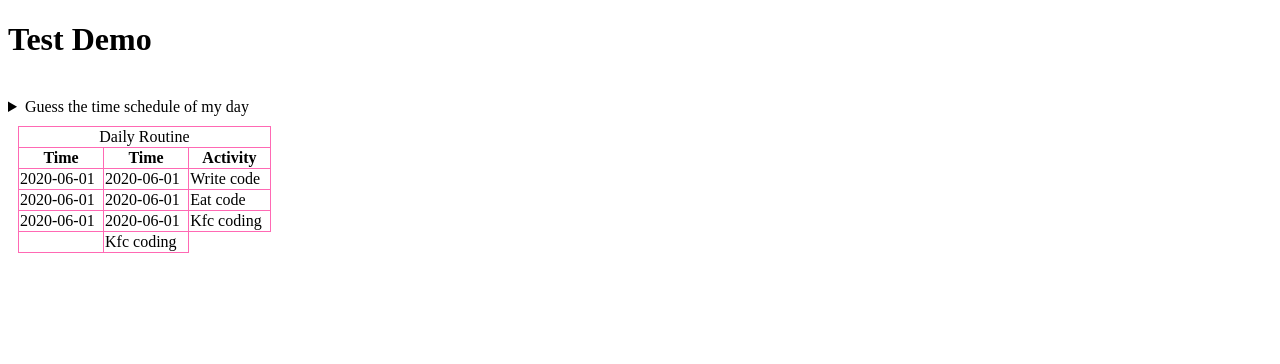
Repository: cavidk/taco_shop-web
Page: html basics/index.html
An editor plug-in stored every save of this project. The page is shown before and after the next save, followed by the edit.
The browser window is 1280 px wide. The pictures show the whole page.

Above is the page before, as saved 2024-06-07 16:39:42.

### html basics/index.html
<!DOCTYPE html>
<html lang="en">

<head>
   <meta charset="UTF-8">
   <meta name="viewport" content="width=device-width, initial-scale=1.0">
   <link rel="stylesheet" href="style.css" type="text/css">
   </link>
   <title>Document</title>
</head>

<body>
   <h1>Test Demo</h1>
   <br>
   <aside>
      <details>
         <summary>Guess the time schedule of my day</summary>
         <p>Details</p>

   </aside>


   <table border="2">

      <td id="head1" colspan="3">Daily Routine</td>
      <tr>
         <th>Time</th>
         <th>Time</th>
         <th>Activity</th>
      <tr id="border1">
         <td>
            <time datetime="2020-06-01">2020-06-01</time>
           </td>
             <td>
            <time datetime="11:00">2020-06-01</datetime>
         </td>
         <td>Write code</td>
      </tr>

      <tr>
         <td>
            <time datetime="2020-06-01">2020-06-01</time>
           </td>
           <td>
            <time datetime="11:00">2020-06-01</datetime>
           </td
         </td>
         <td>Eat code</td>
      </tr>

      <tr>
         <td>
            <time datetime="2020-06-01">2020-06-01</time>
           </td>
             <td>
            <time datetime="11:00">2020-06-01</datetime>
         </td>
         <td>Kfc coding</td>
      </tr>

      <tr>
         <td>

         </td>
         <td>Kfc coding</td>
      </tr>
   </table>

</body>

</html>

### html basics/style.css
table{
      width: 20%;
      border-collapse: collapse;
      margin: 10px;
      padding: 10px;;
      border-radius: 50px;
      border: none;
      border-color: hotpink
}

#head1{

    text-align: center;
}

After the next save:
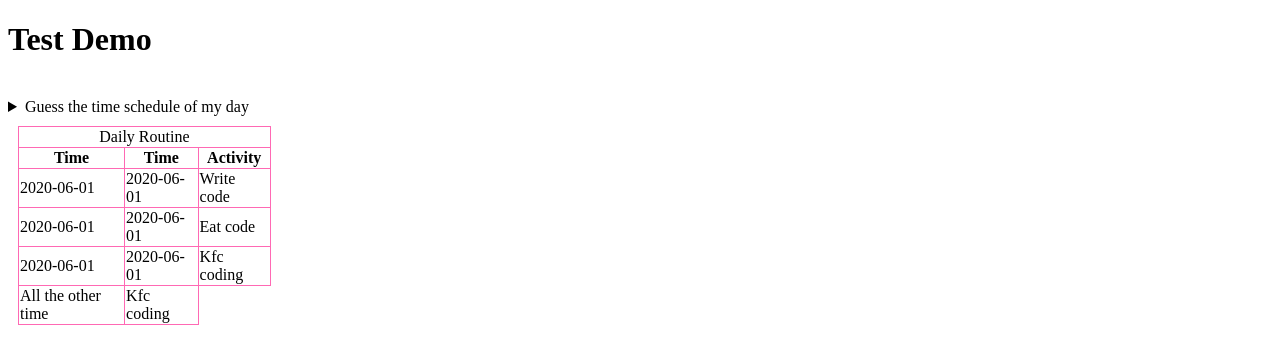
Saved 22 s later.
--- a/html basics/index.html
+++ b/html basics/index.html
@@ -60,7 +60,7 @@
 
       <tr>
          <td>
-
+            All the other time
          </td>
          <td>Kfc coding</td>
       </tr>
